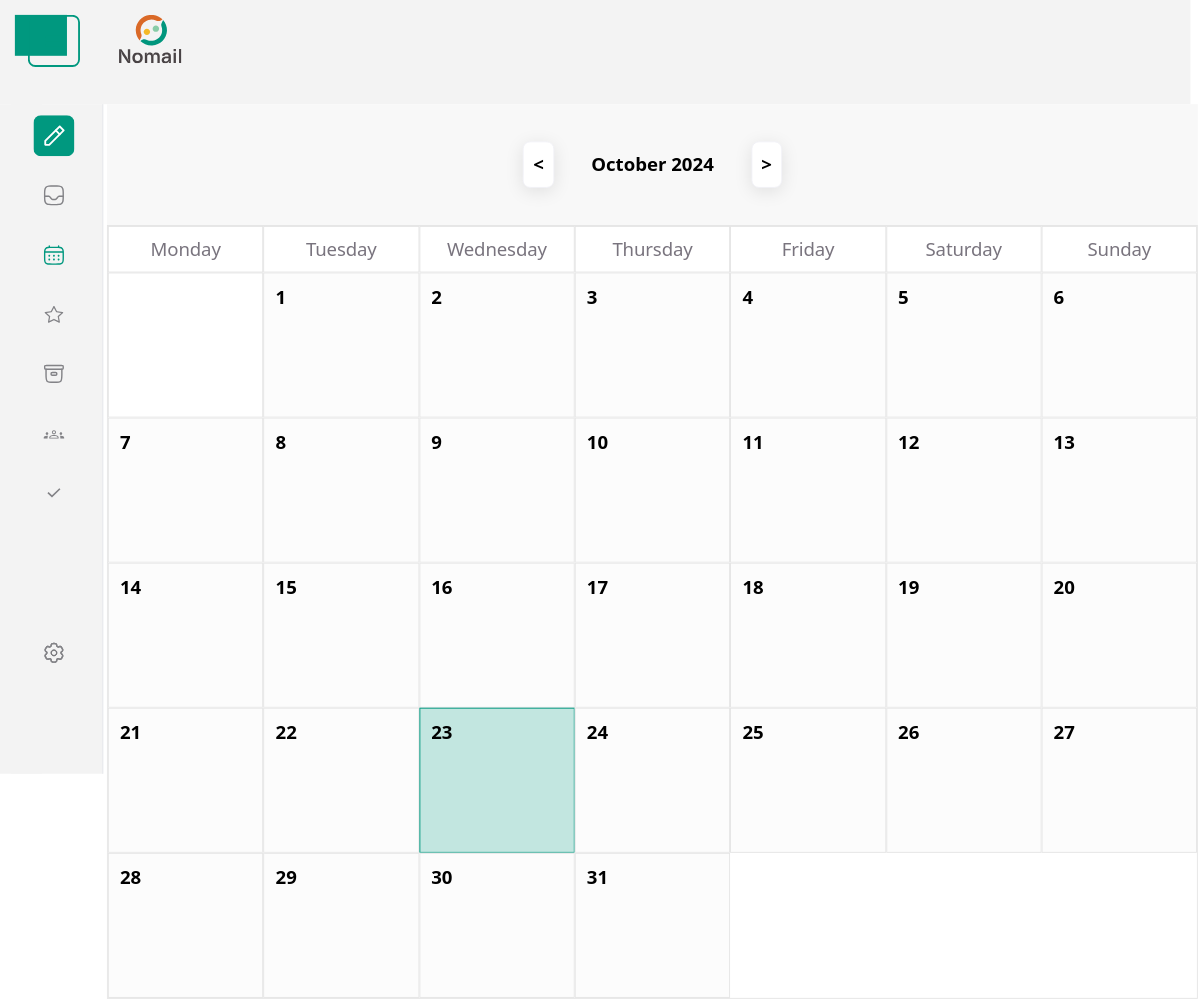
Repository: Tofigkh1/Nomail-App
Page: /calendar
The author's editor kept a copy of each file at every save. The page is drawn from the files as they stood at one save, then again after the next save.
The browser window is 1280 px wide. The page is 1288 px wide, then 1280 px, so the pictures cover 1288 px, including what lies to the right of the window. The pictures show the whole page, at 93% of full size.
The project was rebuilt for these pictures with package versions that can differ from the ones it lists, and the page was loaded fresh each time. The framework's server and built-in components were replaced by stand-ins that run in the browser. Also part of the build but not shown: next.config.mjs, components/shared/svg/calendarSvg.jsx.

Above is the page before, as saved 2024-10-23 03:26:12.

After the next save:
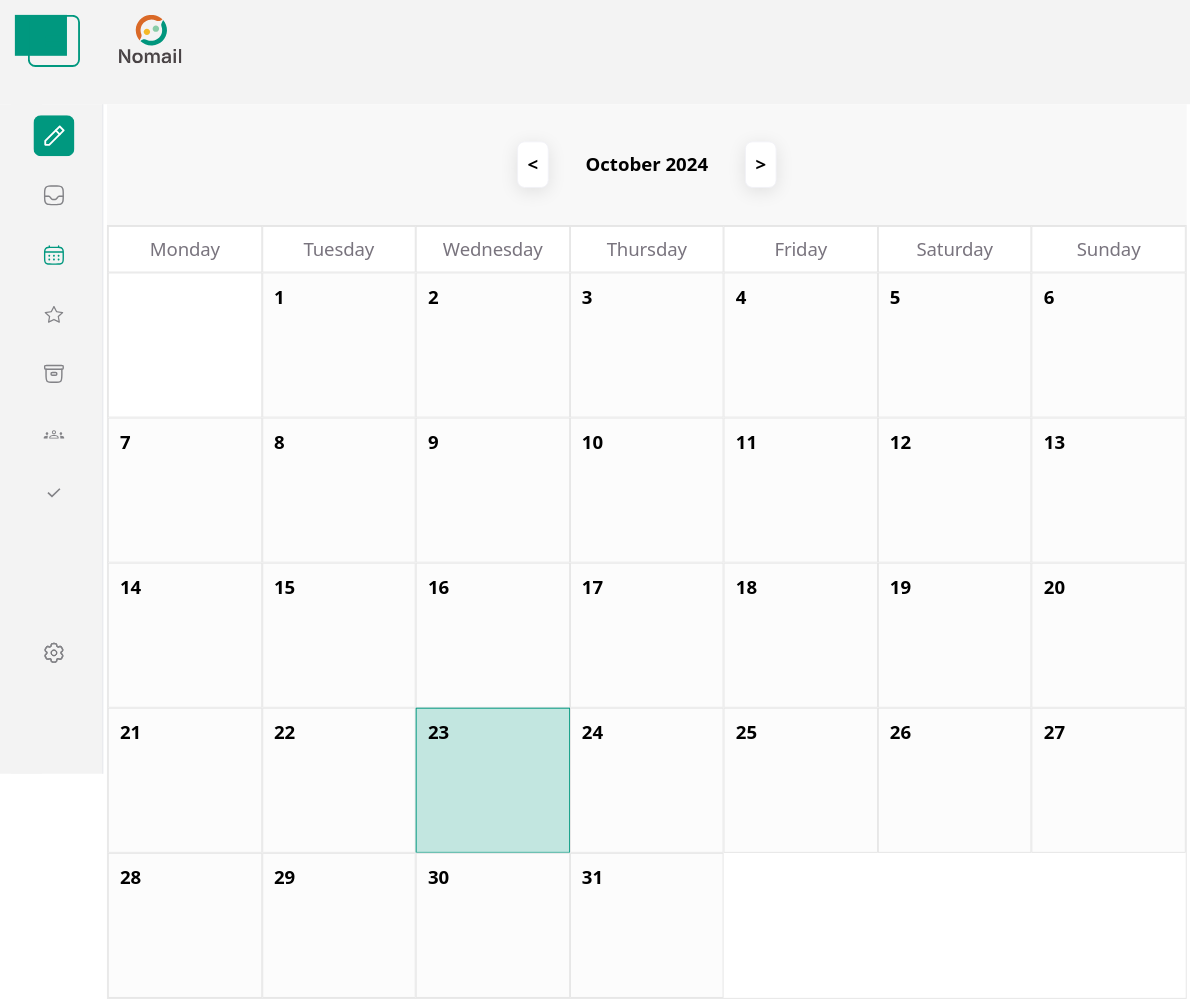
Saved 12 s later.
--- a/components/shared/client/Calendar/Calendar.css
+++ b/components/shared/client/Calendar/Calendar.css
@@ -1,5 +1,5 @@
 .calendar-container {
-    width: 95%;
+    width: 94%;
     background-color: #f8f8f8;
     color: black;
     margin: 0 auto;
